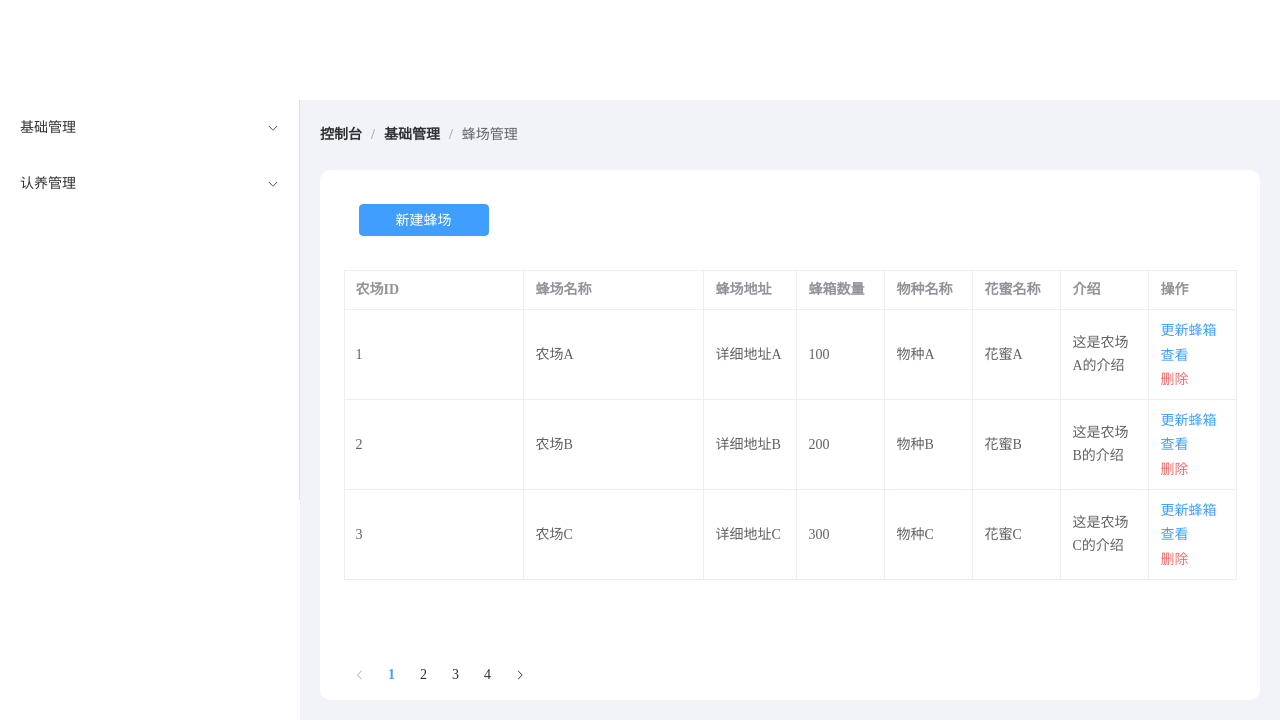
Repository: secret47/test-office-demo
Page: /dashboard/basic/farm
These files come from the project's save history. The page is drawn as it stood at one moment and after the next save; the edit follows.
The browser window is 1280 px wide. The pictures show the whole page.
The project was rebuilt for these pictures with package versions that can differ from the ones it lists, and the page was loaded fresh each time. Also part of the build but not shown: vite.config.js.

Above is the page before, as saved 2024-10-29 14:48:46.

After the next save:
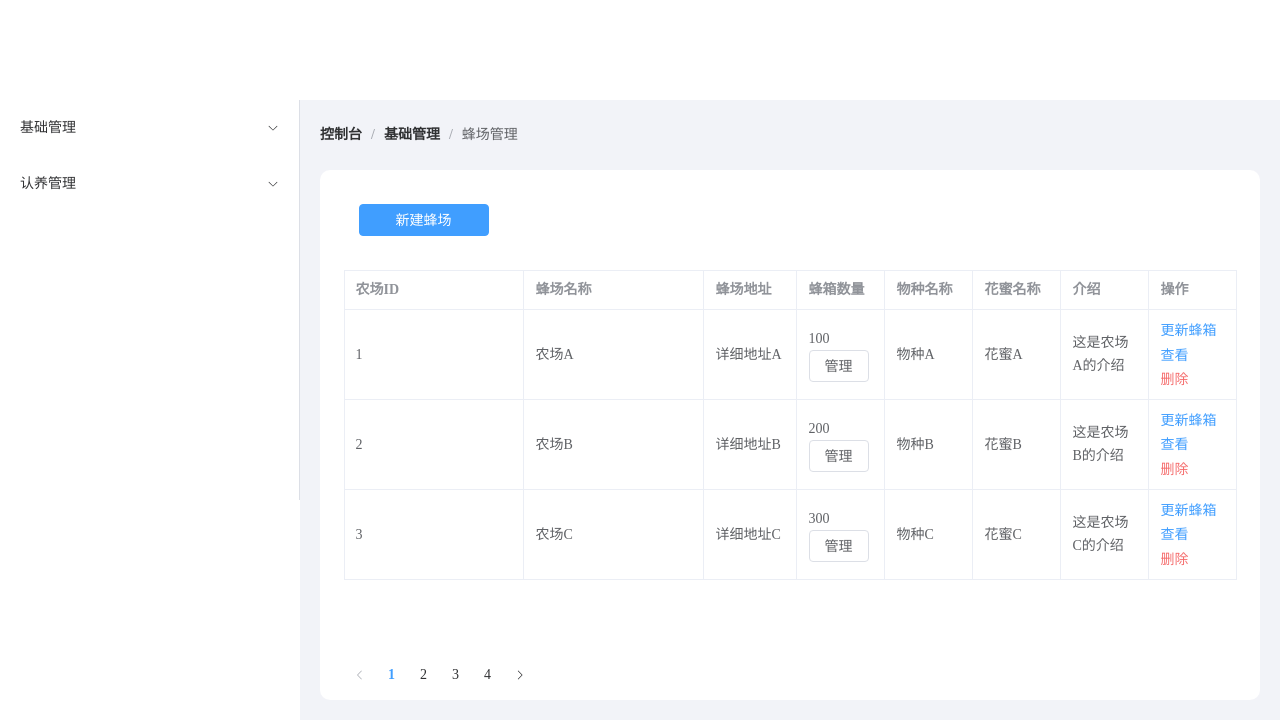
Saved 7 min 42 s later.
--- a/src/views/dashboard/basic/farm/index.vue
+++ b/src/views/dashboard/basic/farm/index.vue
@@ -9,7 +9,12 @@
                         width="180"></el-table-column>
                     <el-table-column prop="farmName" label="蜂场名称" width="180"></el-table-column>
                     <el-table-column prop="address" label="蜂场地址"></el-table-column>
-                    <el-table-column prop="hiveNums" label="蜂箱数量"></el-table-column>
+                    <el-table-column prop="hiveNums" label="蜂箱数量">
+                        <template #default="scope">
+                            {{scope.row.hiveNums}}
+                            <el-button>管理</el-button>
+                        </template>
+                    </el-table-column>
                     <el-table-column prop="speciesName" label="物种名称"></el-table-column>
                     <el-table-column prop="nectarName" label="花蜜名称"></el-table-column>
                     <el-table-column prop="introduce" label="介绍"></el-table-column>
